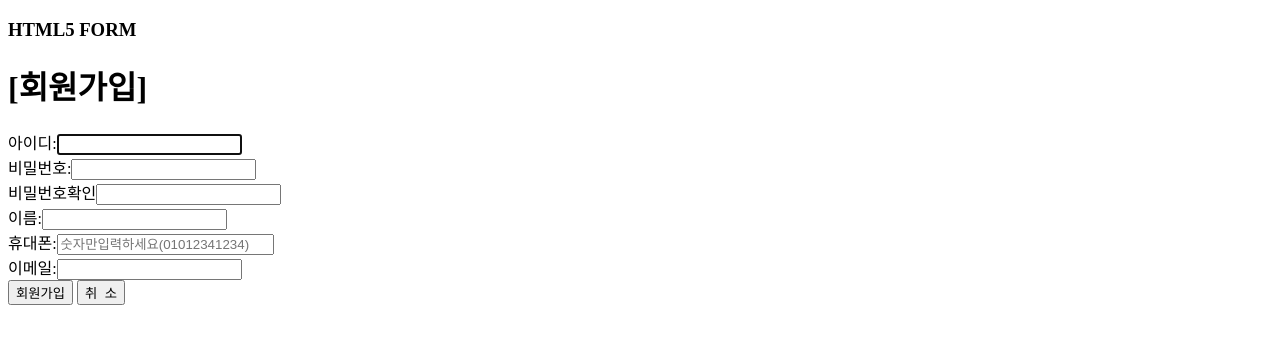
Repository: helloJunejun/WorkSpace_WebUi
Page: 0.3html5_form/src/main/webapp/sample_html5-1.html
The author's editor kept a copy of each file at every save. The page is drawn from the files as they stood at one save, then again after the next save.
The browser window is 1280 px wide. The pictures show the whole page.

Above is the page before, as saved 2021-06-24 05:44:39.

### 0.3html5_form/src/main/webapp/sample_html5-1.html
<!DOCTYPE html>
<html>
<head>
<meta charset="UTF-8">
<title>HTML5 FORM 예제</title>
</head>
<body>
<h3>HTML5 FORM</h3>
<form action="" method="get">
<h1>[회원가입]</h1>
	<form action="result.html" method="post">
		아이디:<input type="text" name="memberId"
				autofocus="autofocus"
				required="required"><br>
		비밀번호:<input type="password" name="memberPw"
				required="required"><br>
		비밀번호확인<input type="password" name="memberPw"
				required="required"><br>
		이름:<input type="text" name="name"
				required="required"><br>
		휴대폰:<input type="text" name="mobile"
				required="required"
				placeholder="숫자만입력하세요(01012341234)"
				size="24"><br>
		이메일:<input type="text" name="email"
				required="required"><br>


		<input type="submit" value="회원가입">
		<input type="reset" value="취  소">


	</form>
</form>
</body>
</html>

After the next save:
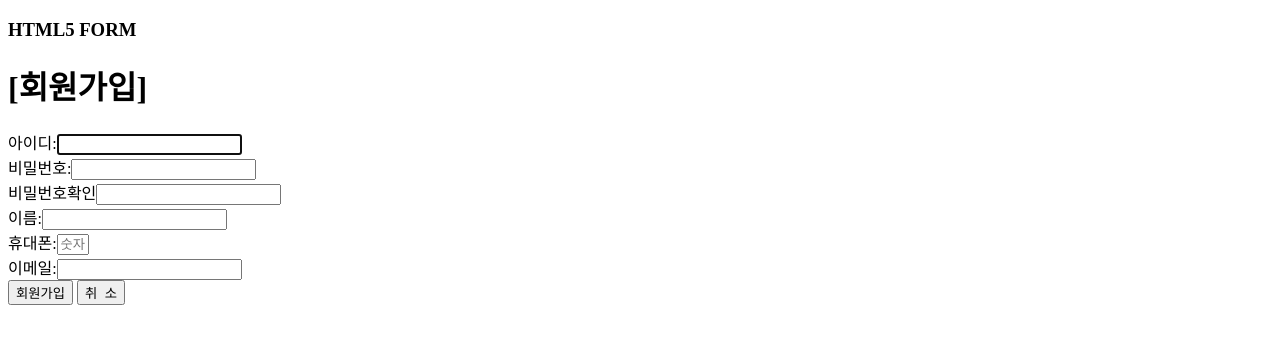
Saved 2 min 29 s later.
--- a/0.3html5_form/src/main/webapp/sample_html5-1.html
+++ b/0.3html5_form/src/main/webapp/sample_html5-1.html
@@ -21,7 +21,7 @@
 		휴대폰:<input type="text" name="mobile"
 				required="required"
 				placeholder="숫자만입력하세요(01012341234)"
-				size="24"><br>
+				style="width:24px;"><br>
 		이메일:<input type="text" name="email"
 				required="required"><br>
 
